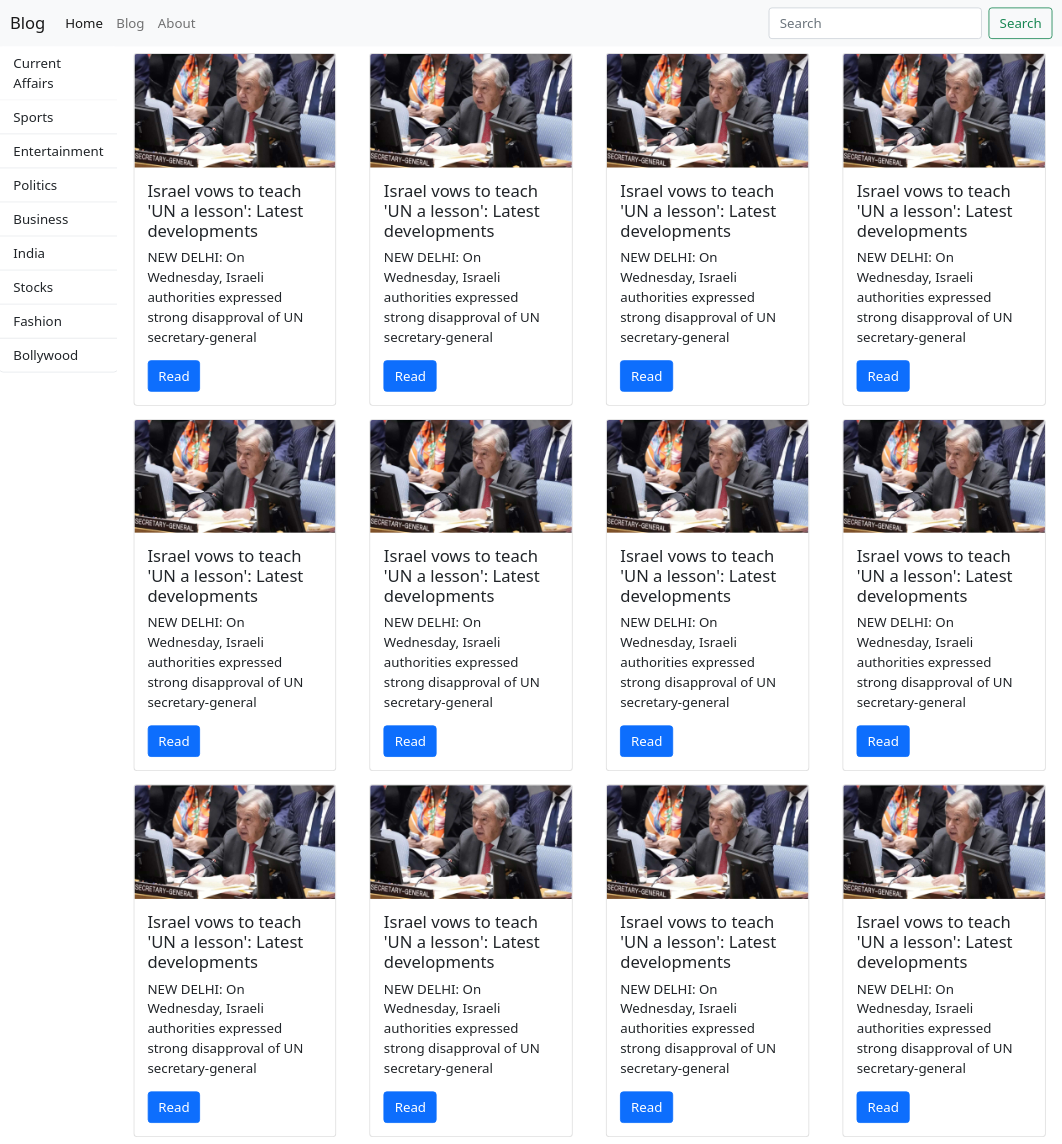
Repository: syni18/bootstrap_blog
Page: index.html
An editor plug-in stored every save of this project. The page is shown before and after the next save, followed by the edit.
The browser window is 1280 px wide. The pictures show the whole page, at 83% of full size.

Above is the page before, as saved 2023-10-25 22:31:28.

### index.html
<!DOCTYPE html>
<html lang="en">
  <head>
    <meta charset="UTF-8" />
    <meta name="viewport" content="width=device-width, initial-scale=1.0" />
    <link
      href="https://cdn.jsdelivr.net/npm/bootstrap@5.0.2/dist/css/bootstrap.min.css"
      rel="stylesheet"
      integrity="sha384-EVSTQN3/azprG1Anm3QDgpJLIm9Nao0Yz1ztcQTwFspd3yD65VohhpuuCOmLASjC"
      crossorigin="anonymous"
    />
    <script
      src="https://cdn.jsdelivr.net/npm/bootstrap@5.0.2/dist/js/bootstrap.bundle.min.js"
      integrity="sha384-MrcW6ZMFYlzcLA8Nl+NtUVF0sA7MsXsP1UyJoMp4YLEuNSfAP+JcXn/tWtIaxVXM"
      crossorigin="anonymous"
    ></script>
    <title>Blogging</title>
  </head>
  <body>
    <nav class="navbar navbar-expand-lg navbar-light bg-light">
      <div class="container-fluid">
        <a class="navbar-brand" href="#"> Blog </a>
        <button
          class="navbar-toggler"
          type="button"
          data-bs-toggle="collapse"
          data-bs-target="#navbarSupportedContent"
          aria-controls="navbarSupportedContent"
          aria-expanded="false"
          aria-label="Toggle navigation"
        >
          <span class="navbar-toggler-icon"></span>
        </button>
        <div class="collapse navbar-collapse" id="navbarSupportedContent">
          <ul class="navbar-nav me-auto mb-2 mb-lg-0">
            <li class="nav-item">
              <a class="nav-link active" aria-current="page" href="#"> Home </a>
            </li>
            <li class="nav-item">
              <a class="nav-link" href="#"> Blog </a>
            </li>
            <!-- <li class="nav-item dropdown">
              <a
                class="nav-link dropdown-toggle"
                href="#"
                id="navbarDropdown"
                role="button"
                data-bs-toggle="dropdown"
                aria-expanded="false"
              >
                Dropdown
              </a>
              <ul class="dropdown-menu" aria-labelledby="navbarDropdown">
                <li>
                  <a class="dropdown-item" href="#">
                    Action
                  </a>
                </li>
                <li>
                  <a class="dropdown-item" href="#">
                    Another action
                  </a>
                </li>
                <li>
                  <hr class="dropdown-divider" />
                </li>
                <li>
                  <a class="dropdown-item" href="#">
                    Something else here
                  </a>
                </li>
              </ul>
            </li> -->
            <li class="nav-item">
              <a class="nav-link" href="#"> About </a>
            </li>
          </ul>
          <form class="d-flex">
            <input
              class="form-control me-2"
              type="search"
              placeholder="Search"
              aria-label="Search"
            />
            <button class="btn btn-outline-success" type="submit">
              Search
            </button>
          </form>
        </div>
      </div>
    </nav>
    <div class="p-0 d-flex">
      <ul class="list-group">
        <li class="list-group-item border-0 border-bottom">Current Affairs</li>
        <li class="list-group-item border-0 border-bottom">Sports</li>
        <li class="list-group-item border-0 border-bottom">Entertainment</li>
        <li class="list-group-item border-0 border-bottom">Politics</li>
        <li class="list-group-item border-0 border-bottom">Business</li>
        <li class="list-group-item border-0 border-bottom">India</li>
        <li class="list-group-item border-0 border-bottom">Stocks</li>
        <li class="list-group-item border-0 border-bottom">Fashion</li>
        <li class="list-group-item border-0 border-bottom">Bollywood</li>
      </ul>
      <div class="container">
        <div class="row">
          <div class="col m-2">
            <div class="card w-100">
              <img src="./assets/blog_1.jpg" class="card-img-top" alt="..." />
              <div class="card-body">
                <h5 class="card-title">
                  Israel vows to teach 'UN a lesson': Latest developments
                </h5>
                <p class="card-text">
                  NEW DELHI: On Wednesday, Israeli authorities expressed strong
                  disapproval of UN secretary-general
                </p>
                <button
                  type="button"
                  class="btn btn-primary"
                  data-bs-toggle="modal"
                  data-bs-target="#staticBackdrop"
                >
                  Read
                </button>
              </div>
            </div>
          </div>
          <div class="col m-2">
            <div class="card w-100">
              <img src="./assets/blog_1.jpg" class="card-img-top" alt="..." />
              <div class="card-body">
                <h5 class="card-title">
                  Israel vows to teach 'UN a lesson': Latest developments
                </h5>
                <p class="card-text">
                  NEW DELHI: On Wednesday, Israeli authorities expressed strong
                  disapproval of UN secretary-general
                </p>
                <button
                  type="button"
                  class="btn btn-primary"
                  data-bs-toggle="modal"
                  data-bs-target="#staticBackdrop"
                >
                  Read
                </button>
              </div>
            </div>
          </div>
          <div class="col m-2">
            <div class="card w-100">
              <img src="./assets/blog_1.jpg" class="card-img-top" alt="..." />
              <div class="card-body">
                <h5 class="card-title">
                  Israel vows to teach 'UN a lesson': Latest developments
                </h5>
                <p class="card-text">
                  NEW DELHI: On Wednesday, Israeli authorities expressed strong
                  disapproval of UN secretary-general
                </p>
                <button
                  type="button"
                  class="btn btn-primary"
                  data-bs-toggle="modal"
                  data-bs-target="#staticBackdrop"
                >
                  Read
                </button>
              </div>
            </div>
          </div>
          <div class="col m-2">
            <div class="card w-100">
              <img src="./assets/blog_1.jpg" class="card-img-top" alt="..." />
              <div class="card-body">
                <h5 class="card-title">
                  Israel vows to teach 'UN a lesson': Latest developments
                </h5>
                <p class="card-text">
                  NEW DELHI: On Wednesday, Israeli authorities expressed strong
                  disapproval of UN secretary-general
                </p>
                <button
                  type="button"
                  class="btn btn-primary"
                  data-bs-toggle="modal"
                  data-bs-target="#staticBackdrop"
                >
                  Read
                </button>
              </div>
            </div>
          </div>
        </div>
        <div class="row">
          <div class="col m-2">
            <div class="card w-100">
              <img src="./assets/blog_1.jpg" class="card-img-top" alt="..." />
              <div class="card-body">
                <h5 class="card-title">
                  Israel vows to teach 'UN a lesson': Latest developments
                </h5>
                <p class="card-text">
                  NEW DELHI: On Wednesday, Israeli authorities expressed strong
                  disapproval of UN secretary-general
                </p>
                <button
                  type="button"
                  class="btn btn-primary"
                  data-bs-toggle="modal"
                  data-bs-target="#staticBackdrop"
                >
                  Read
                </button>
              </div>
            </div>
          </div>
          <div class="col m-2">
            <div class="card w-100">
              <img src="./assets/blog_1.jpg" class="card-img-top" alt="..." />
              <div class="card-body">
                <h5 class="card-title">
                  Israel vows to teach 'UN a lesson': Latest developments
                </h5>
                <p class="card-text">
                  NEW DELHI: On Wednesday, Israeli authorities expressed strong
                  disapproval of UN secretary-general
                </p>
                <button
                  type="button"
                  class="btn btn-primary"
                  data-bs-toggle="modal"
                  data-bs-target="#staticBackdrop"
                >
                  Read
                </button>
              </div>
            </div>
          </div>
          <div class="col m-2">
            <div class="card w-100">
              <img src="./assets/blog_1.jpg" class="card-img-top" alt="..." />
              <div class="card-body">
                <h5 class="card-title">
                  Israel vows to teach 'UN a lesson': Latest developments
                </h5>
                <p class="card-text">
                  NEW DELHI: On Wednesday, Israeli authorities expressed strong
                  disapproval of UN secretary-general
                </p>
                <button
                  type="button"
                  class="btn btn-primary"
                  data-bs-toggle="modal"
                  data-bs-target="#staticBackdrop"
                >
                  Read
                </button>
              </div>
            </div>
          </div>
          <div class="col m-2">
            <div class="card w-100">
              <img src="./assets/blog_1.jpg" class="card-img-top" alt="..." />
              <div class="card-body">
                <h5 class="card-title">
                  Israel vows to teach 'UN a lesson': Latest developments
                </h5>
                <p class="card-text">
                  NEW DELHI: On Wednesday, Israeli authorities expressed strong
                  disapproval of UN secretary-general
                </p>
                <button
                  type="button"
                  class="btn btn-primary"
                  data-bs-toggle="modal"
                  data-bs-target="#staticBackdrop"
                >
                  Read
                </button>
              </div>
            </div>
          </div>
        </div>
        <div class="row">
          <div class="col m-2">
            <div class="card w-100">
              <img src="./assets/blog_1.jpg" class="card-img-top" alt="..." />
              <div class="card-body">
                <h5 class="card-title">
                  Israel vows to teach 'UN a lesson': Latest developments
                </h5>
                <p class="card-text">
                  NEW DELHI: On Wednesday, Israeli authorities expressed strong
                  disapproval of UN secretary-general
                </p>
                <button
                  type="button"
                  class="btn btn-primary"
                  data-bs-toggle="modal"
                  data-bs-target="#staticBackdrop"
                >
                  Read
                </button>
              </div>
            </div>
          </div>
          <div class="col m-2">
            <div class="card w-100">
              <img src="./assets/blog_1.jpg" class="card-img-top" alt="..." />
              <div class="card-body">
                <h5 class="card-title">
                  Israel vows to teach 'UN a lesson': Latest developments
                </h5>
                <p class="card-text">
                  NEW DELHI: On Wednesday, Israeli authorities expressed strong
                  disapproval of UN secretary-general
                </p>
                <button
                  type="button"
                  class="btn btn-primary"
                  data-bs-toggle="modal"
                  data-bs-target="#staticBackdrop"
                >
                  Read
                </button>
              </div>
            </div>
          </div>
          <div class="col m-2">
            <div class="card w-100">
              <img src="./assets/blog_1.jpg" class="card-img-top" alt="..." />
              <div class="card-body">
                <h5 class="card-title">
                  Israel vows to teach 'UN a lesson': Latest developments
                </h5>
                <p class="card-text">
                  NEW DELHI: On Wednesday, Israeli authorities expressed strong
                  disapproval of UN secretary-general
                </p>
                <button
                  type="button"
                  class="btn btn-primary"
                  data-bs-toggle="modal"
                  data-bs-target="#staticBackdrop"
                >
                  Read
                </button>
              </div>
            </div>
          </div>
          <div class="col m-2">
            <div class="card w-100">
              <img src="./assets/blog_1.jpg" class="card-img-top" alt="..." />
              <div class="card-body">
                <h5 class="card-title">
                  Israel vows to teach 'UN a lesson': Latest developments
                </h5>
                <p class="card-text">
                  NEW DELHI: On Wednesday, Israeli authorities expressed strong
                  disapproval of UN secretary-general
                </p>
                <button
                  type="button"
                  class="btn btn-primary"
                  data-bs-toggle="modal"
                  data-bs-target="#staticBackdrop"
                >
                  Read
                </button>
              </div>
            </div>
          </div>
        </div>
      </div>
    </div>
    <!-- Modal -->
    <div
      class="modal fade"
      id="staticBackdrop"
      data-bs-backdrop="static"
      data-bs-keyboard="false"
      tabindex="-1"
      aria-labelledby="staticBackdropLabel"
      aria-hidden="true"
    >
      <div class="modal-dialog modal-xl">
        <div class="modal-content">
          <div class="modal-header border-0">
            <h1 class="modal-title fs-5" id="staticBackdropLabel">
              Israel vows to teach 'UN a lesson': Latest developments
            </h1>
            <button
              type="button"
              class="btn-close"
              data-bs-dismiss="modal"
              aria-label="Close"
            ></button>
          </div>
          <div class="modal-body">
            <div class="text-center">
              <img src="./assets/blog_1.jpg" class="rounded w-50" alt="..." />
            </div>
            <p class="text-center p-4">
              NEW DELHI: On Wednesday, Israeli authorities expressed strong
              disapproval of UN secretary-general Antonio Guterres' remarks,
              suggesting that the lethal Hamas assault on southern Israel wasn't
              an isolated incident. They interpreted his statement as an
              endorsement of terrorism. In response, foreign minister Eli Cohen
              decided not to proceed with a planned meeting with Guterres.
              Meanwhile, Antonio Guterres has refuted claims made by Israel that
              he had endorsed the attacks by the Palestinian militant group,
              Hamas, on Israel in his remarks to the Security Council. Guterres
              expressed his astonishment at the misinterpretation of his words,
              stating, "I am shocked by the misrepresentations by some of my
              statement ... as if I was justifying acts of terror by Hamas. This
              is false. It was the opposite." Here is an FAQs on row between
              Israel and UN secretary-general:
            </p>
            <p class="">
              <p class="fw-bold">Q. What sparked the recent row between Israel and the UN
              secretary-general?</p>
              The tension escalated primarily due to comments
              made by the UN secretary-general, António Guterres, to the UN
              Security Council. Guterres expressed concerns over the situation
              in Gaza and made statements that Israel perceived as biased
              against them.
            </p>
            <p class="">
              <p class="fw-bold">Q. What did António Guterres say that caused controversy?</p>
              Guterres described Israel’s actions in the Gaza Strip as the “collective punishment of the Palestinian people” and as “clear violations of international humanitarian law.” He emphasized that while no injustice to the Palestinians could justify the attacks by Hamas, it's essential to recognize that these attacks did not "occur in a vacuum", referring to the long-standing occupation of Palestinian territories.
            </p>
            <p class="">
              <p class="fw-bold">Q: How did Israel respond to Guterres' comments?</p>
              Israel's reaction was swift and fierce. They called for Guterres' resignation and vowed to "teach the UN a lesson." As a direct action, Israel refused a visa to the UN humanitarian affairs chief, Martin Griffiths.
            </p>
          </div>
        </div>
      </div>
    </div>
  </body>
</html>

After the next save:
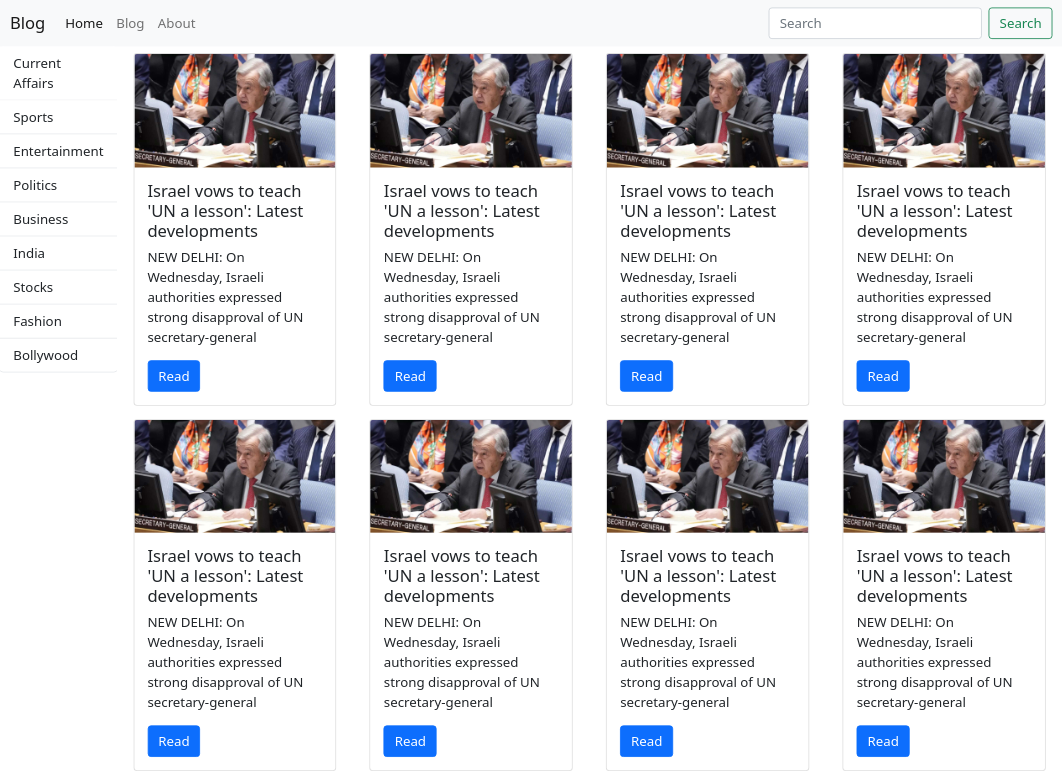
Saved 17 s later.
--- a/index.html
+++ b/index.html
@@ -282,7 +282,7 @@
             </div>
           </div>
         </div>
-        <div class="row">
+        <!-- <div class="row">
           <div class="col m-2">
             <div class="card w-100">
               <img src="./assets/blog_1.jpg" class="card-img-top" alt="..." />
@@ -372,7 +372,7 @@
             </div>
           </div>
         </div>
-      </div>
+      </div> -->
     </div>
     <!-- Modal -->
     <div
